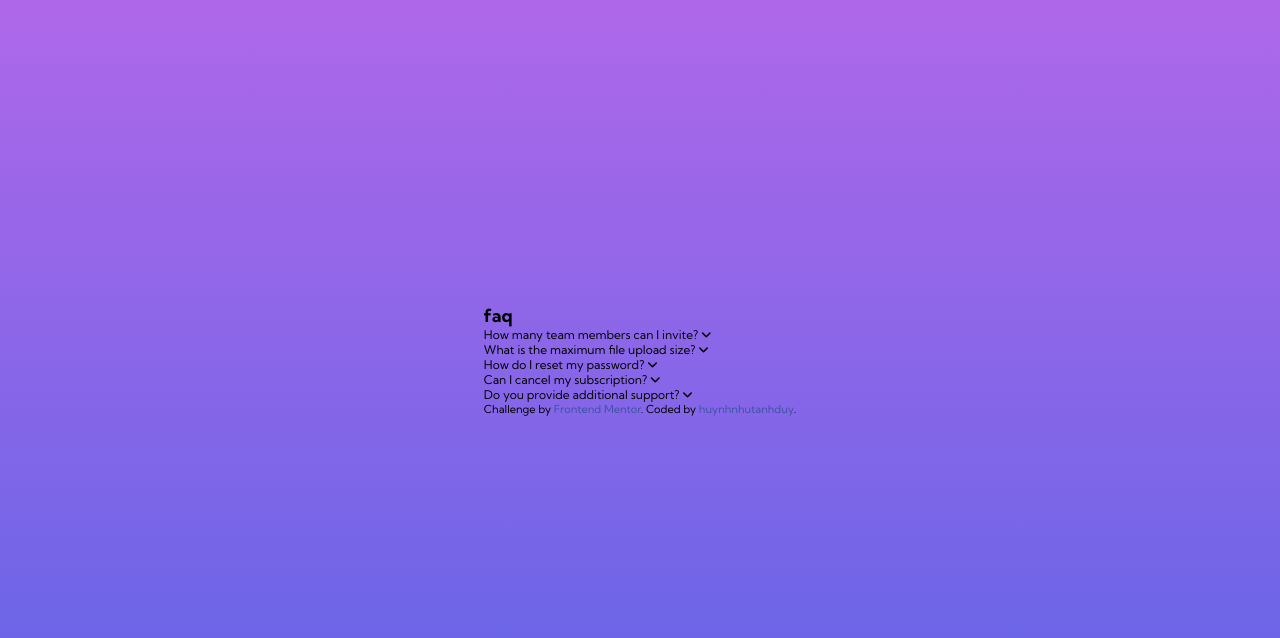
Repository: huynhnhutanhduy/faq-accordion-card
Page: index.html
An editor plug-in stored every save of this project. The page is shown before and after the next save, followed by the edit.
The browser window is 1280 px wide. The pictures show the whole page.

Above is the page before, as saved 2022-10-20 15:02:02.

### index.html
<!DOCTYPE html>
<html lang="en">
  <head>
    <meta charset="UTF-8" />
    <meta name="viewport" content="width=device-width, initial-scale=1.0" />
    <!-- displays site properly based on user's device -->
    <link rel="icon" type="image/png" sizes="32x32" href="./images/favicon-32x32.png" />
    <title>Frontend Mentor | FAQ Accordion Card</title>
    <link rel="preconnect" href="https://fonts.googleapis.com" />
    <link rel="preconnect" href="https://fonts.gstatic.com" crossorigin />
    <link
      href="https://fonts.googleapis.com/css2?family=Kumbh+Sans:wght@400;700&display=swap"
      rel="stylesheet"
    />
    <link
      rel="stylesheet"
      href="https://cdnjs.cloudflare.com/ajax/libs/font-awesome/6.2.0/css/all.min.css"
      integrity="sha512-xh6O/CkQoPOWDdYTDqeRdPCVd1SpvCA9XXcUnZS2FmJNp1coAFzvtCN9BmamE+4aHK8yyUHUSCcJHgXloTyT2A=="
      crossorigin="anonymous"
      referrerpolicy="no-referrer"
    />
    <link rel="stylesheet" href="./app.css" />
  </head>
  <body>
    <main>
      <article class="card">
        <div class="card-left">
          <div class="card-pattern">
            <div class="card-image"></div>
          </div>
        </div>
        <div class="card-right">
          <h1 class="card-title">faq</h1>
          <div class="card-list">
            <div class="card-item">
              <div class="card-item__header">
                <span class="card-item__header-title"
                  >How many team members can I invite?
                </span>
                <i class="fa-solid fa-angle-down card-item__header-icon"></i>
              </div>
              <div class="card-item__content">
                <div class="card-item__content-inner">
                  You can invite up to 2 additional users on the Free plan. There is no limit
                  on team members for the Premium plan.
                </div>
              </div>
            </div>
            <div class="card-item">
              <div class="card-item__header">
                <span class="card-item__header-title"
                  >What is the maximum file upload size?
                </span>
                <i class="fa-solid fa-angle-down card-item__header-icon"></i>
              </div>
              <div class="card-item__content">
                <div class="card-item__content-inner">
                  No more than 2GB. All files in your account must fit your allotted storage
                  space.
                </div>
              </div>
            </div>
            <div class="card-item">
              <div class="card-item__header">
                <span class="card-item__header-title">How do I reset my password? </span>
                <i class="fa-solid fa-angle-down card-item__header-icon"></i>
              </div>
              <div class="card-item__content">
                <div class="card-item__content-inner">
                  Click “Forgot password” from the login page or “Change password” from your
                  profile page. A reset link will be emailed to you.
                </div>
              </div>
            </div>
            <div class="card-item">
              <div class="card-item__header">
                <span class="card-item__header-title">Can I cancel my subscription? </span>
                <i class="fa-solid fa-angle-down card-item__header-icon"></i>
              </div>
              <div class="card-item__content">
                <div class="card-item__content-inner">
                  Yes! Send us a message and we’ll process your request no questions asked.
                </div>
              </div>
            </div>
            <div class="card-item">
              <div class="card-item__header">
                <span class="card-item__header-title"
                  >Do you provide additional support?
                </span>
                <i class="fa-solid fa-angle-down card-item__header-icon"></i>
              </div>
              <div class="card-item__content">
                <div class="card-item__content-inner">
                  Chat and email support is available 24/7. Phone lines are open during normal
                  business hours.
                </div>
              </div>
            </div>
          </div>
        </div>
      </article>
    </main>
    <footer class="attribution">
      Challenge by
      <a href="https://www.frontendmentor.io?ref=challenge" target="_blank">Frontend Mentor</a
      >. Coded by <a href="https://github.com/huynhnhutanhduy">huynhnhutanhduy</a>.
    </footer>
  </body>
</html>

### app.css
:root {
  --very-dark-desaturated-blue: hsl(238, 29%, 16%);
  --soft-red: hsl(14, 88%, 65%);
  --soft-violet: hsl(273, 75%, 66%);
  --soft-blue: hsl(240, 73%, 65%);
  --very-dark-grayish-blue: hsl(237, 12%, 33%);
  --dark-grayish-blue: hsl(240, 6%, 50%);
  --light-grayish-blue: hsl(240, 5%, 91%);
}
* {
  margin: 0;
  padding: 0;
  border: 0;
}
*,
*::before,
*::after,
html {
  box-sizing: border-box;
}
html {
  font-size: 62.5%;
}
body {
  font-size: 1.2rem;
  font-weight: normal;
  font-family: "Kumbh Sans", sans-serif;
  background-image: linear-gradient(var(--soft-violet), var(--soft-blue));
  height: 100vh;
  width: 100vw;
  display: grid;
  align-content: center;
  justify-content: center;
}
a {
  text-decoration: none;
}
img {
  display: block;
  max-width: 100%;
}

.attribution {
  font-size: 11px;
  text-align: center;
}
.attribution a {
  color: hsl(228, 45%, 44%);
}

.card-pattern {
  width: 160%;
  height: 180%;

  background: url(../images/bg-pattern-desktop.svg) no-repeat;
  background-position: left;
  background-size: cover;

  top: -200px;
  left: -340px;
}

.card-item__content-inner {
  display: none;
}

After the next save:
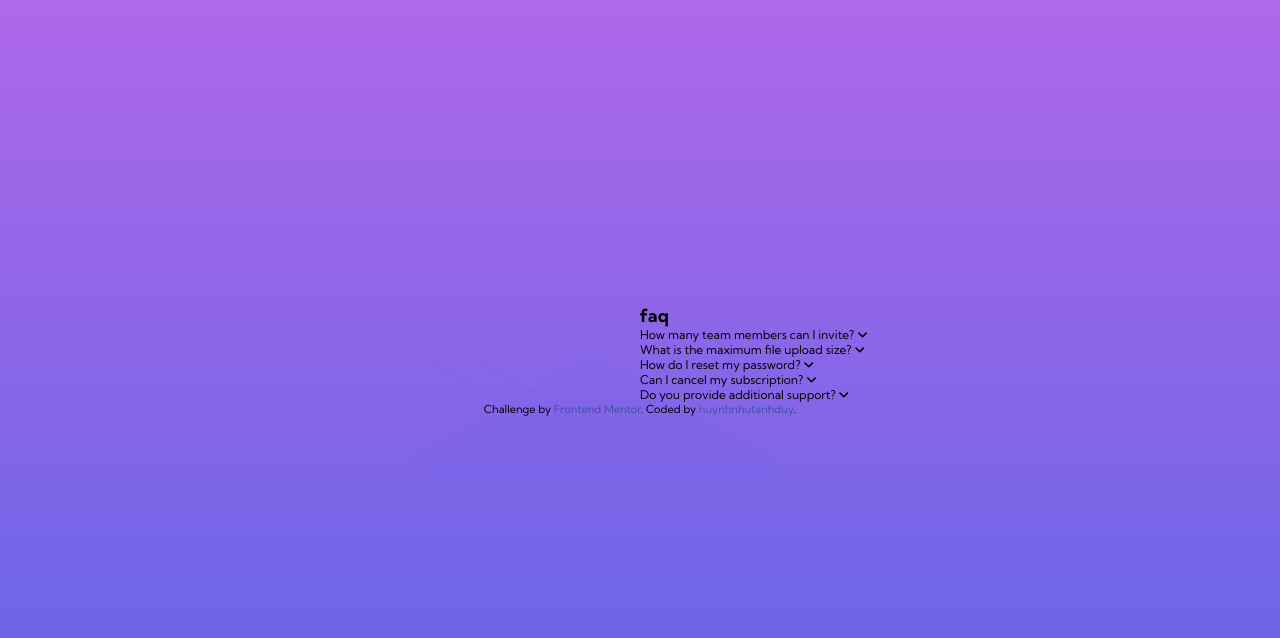
Saved 47 s later.
--- a/app.css
+++ b/app.css
@@ -48,6 +48,10 @@ img {
   color: hsl(228, 45%, 44%);
 }
 
+.card {
+  display: grid;
+  grid-template-columns: repeat(2, 1fr);
+}
 .card-pattern {
   width: 160%;
   height: 180%;
